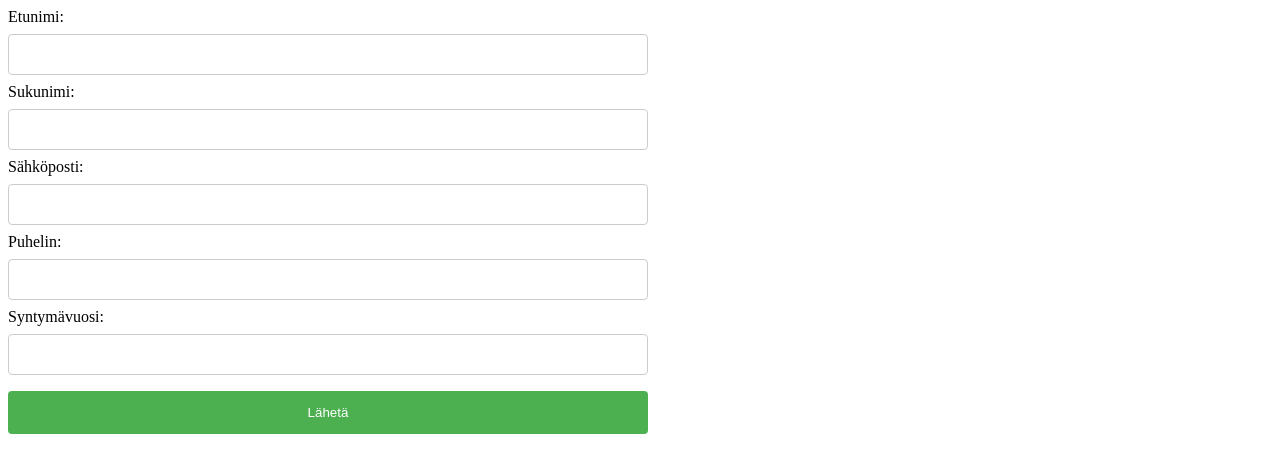
Repository: jajusu/Ohjelmointi2
Page: http://localhost/KolmasTehtava/kysy.jsp
An editor plug-in stored every save of this project. The page is shown before and after the next save, followed by the edit.
The browser window is 1280 px wide. The pictures show the whole page.
The page is served by Tomcat 9.

Above is the page before, as saved 2021-04-09 09:53:09.

### KolmasTehtava/WebContent/kysy.jsp
<%@ page language="java" contentType="text/html; charset=ISO-8859-1"
    pageEncoding="ISO-8859-1"%>
<!DOCTYPE html>
<html>
<head>
<meta charset="ISO-8859-1">
<script src="scripts/main.js"></script>
<script src="https://ajax.googleapis.com/ajax/libs/jquery/3.4.1/jquery.min.js"></script>
<style>

body{
width:50%;
}
input[type=text], select {
  width: 100%;
  padding: 12px 20px;
  margin: 8px 0;
  display: inline-block;
  border: 1px solid #ccc;
  border-radius: 4px;
  box-sizing: border-box;
}

input[type=submit] {
  width: 100%;
  background-color: #4CAF50;
  color: white;
  padding: 14px 20px;
  margin: 8px 0;
  border: none;
  border-radius: 4px;
  cursor: pointer;
}

input[type=submit]:hover {
  background-color: #45a049;
}

div {
  border-radius: 5px;
  background-color: #f2f2f2;
  padding: 20px;
}
</style>
<title>Kysely</title>
</head>
<body>
<form action="nayta.jsp" method="POST">
	Etunimi: <input type="text" name="etunimi"><br>
	Sukunimi: <input type="text" name="sukunimi"><br>
    Sähköposti: <input type="text" name="sposti"><br>
	Puhelin: <input type="text" name="puh"><br>
	Syntymävuosi: <input type="text" name="vuosi"><br>
	<input type="submit" value="Lähetä">
</form>
</body>
</body>
</html>

### KolmasTehtava/WebContent/scripts/main.js
function requestURLParam(sParam){
    var sPageURL = window.location.search.substring(1);
    var sURLVariables = sPageURL.split("&");
    for (var i = 0; i < sURLVariables.length; i++){
        var sParameterName = sURLVariables[i].split("=");
        if(sParameterName[0] == sParam){
            return sParameterName[1];
        }
    }
}

After the next save:
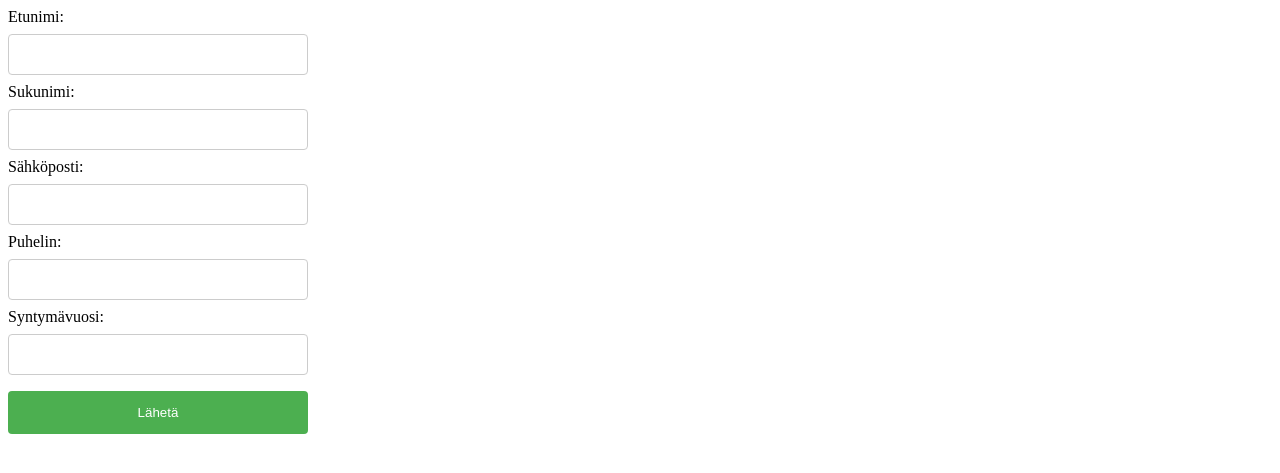
Saved 40 s later.
--- a/KolmasTehtava/WebContent/kysy.jsp
+++ b/KolmasTehtava/WebContent/kysy.jsp
@@ -9,7 +9,8 @@
 <style>
 
 body{
-width:50%;
+width:100%;
+max-width:300px;
 }
 input[type=text], select {
   width: 100%;
